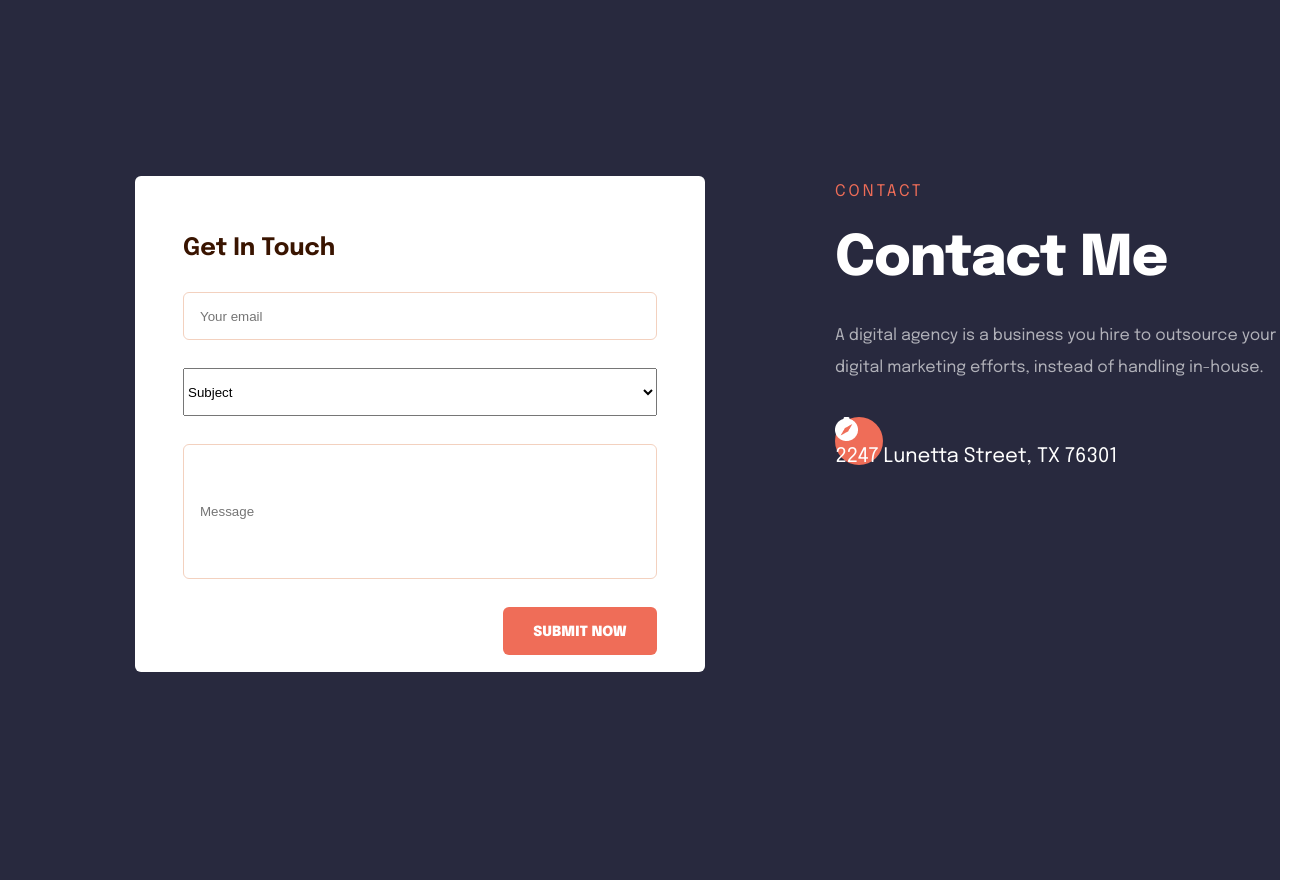
Repository: simralgasimov/contact-me
Page: index.html
An editor plug-in stored every save of this project. The page is shown before and after the next save, followed by the edit.
The browser window is 1280 px wide. The page is 1305 px wide, so the pictures cover 1305 px, including what lies to the right of the window. The pictures show the whole page.

Above is the page before, as saved 2023-10-04 13:26:09.

After the next save:
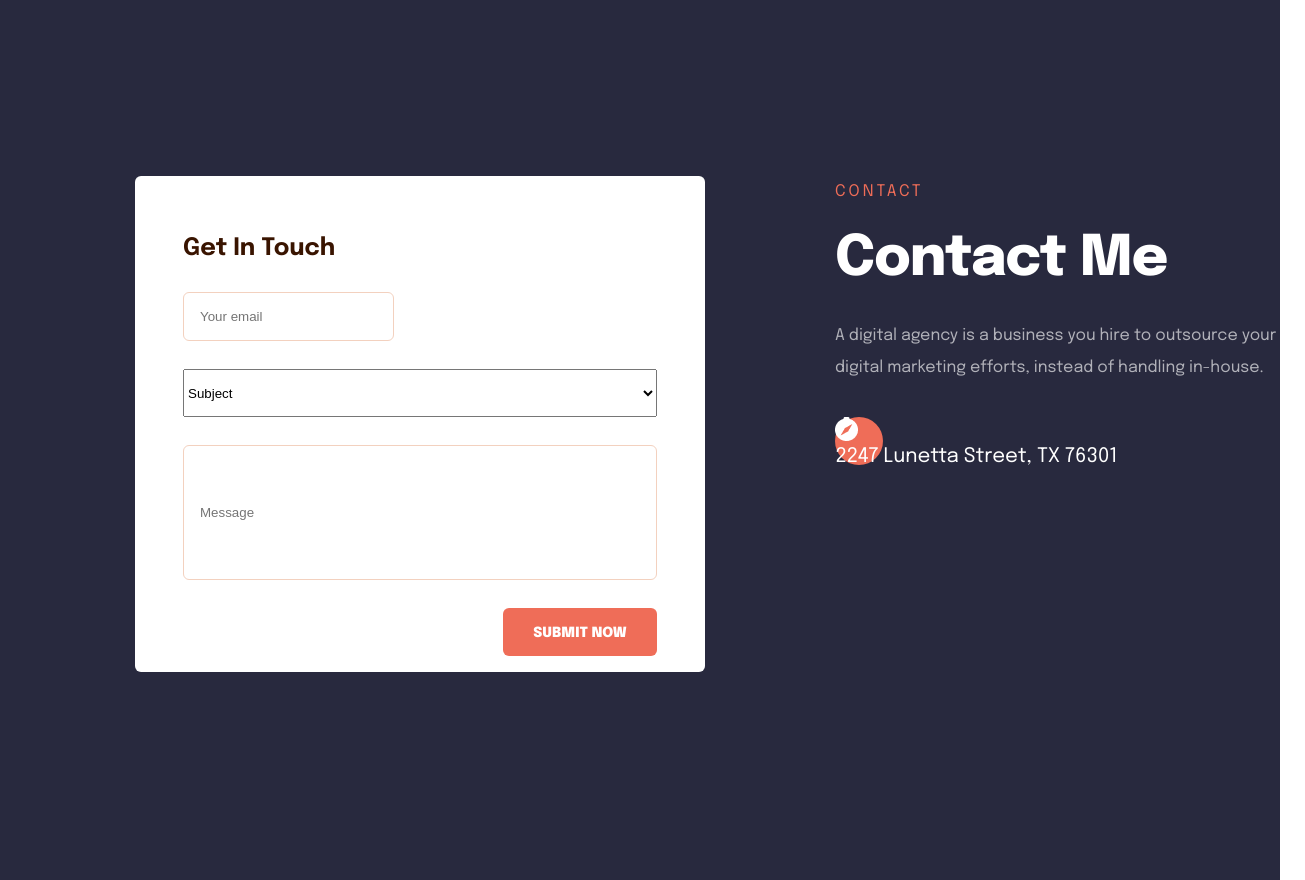
Saved 28 s later.
--- a/index.css
+++ b/index.css
@@ -46,7 +46,7 @@
 .container  form {
   padding: 57px 48px 48px 48px;
 }
-
+.co
 .container  form [type="email"] {
   width: 474px;
   height: 48px;

After the save that followed:
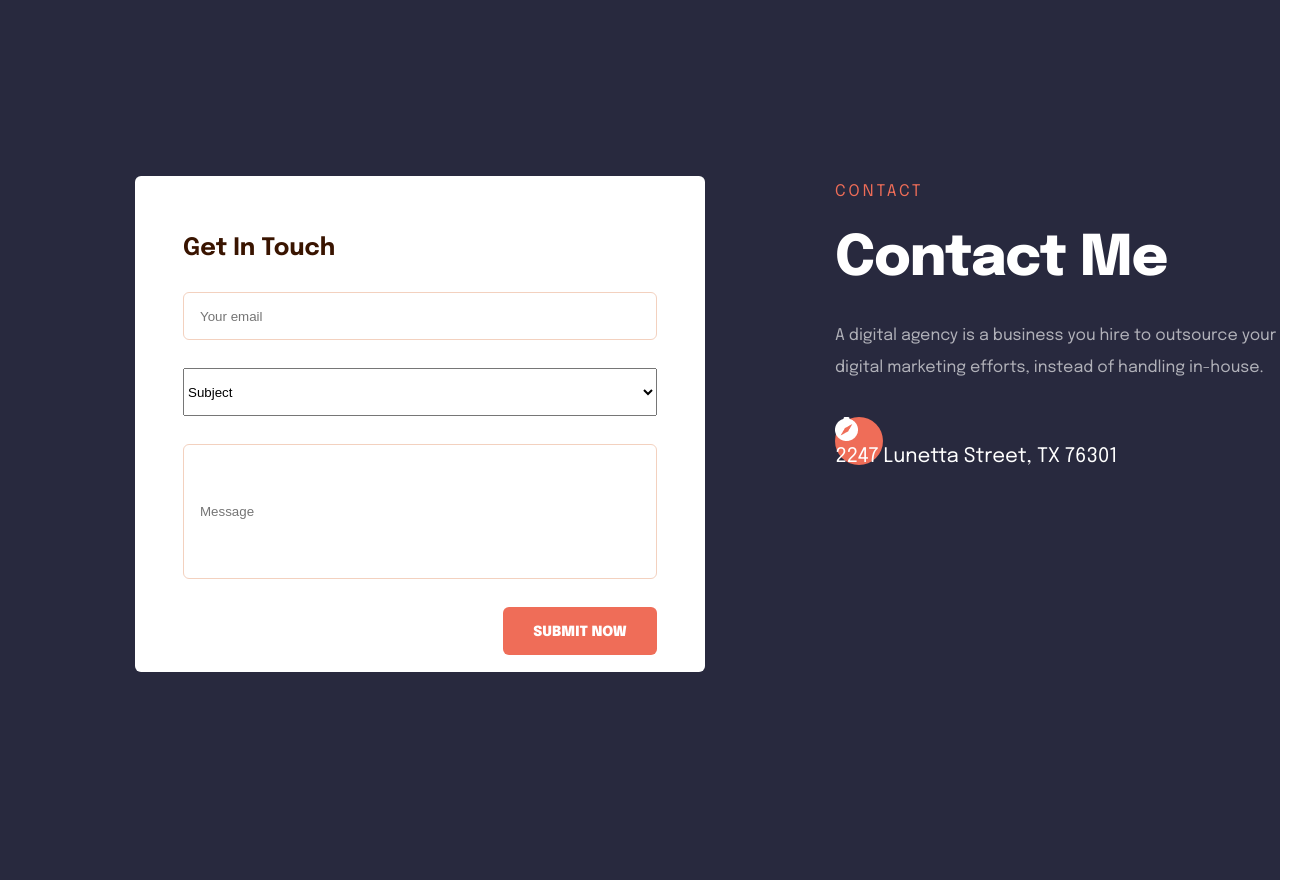
Saved 7 s later.
--- a/index.css
+++ b/index.css
@@ -46,7 +46,9 @@
 .container  form {
   padding: 57px 48px 48px 48px;
 }
-.co
+.container input{
+  width: 100%;
+}
 .container  form [type="email"] {
   width: 474px;
   height: 48px;
